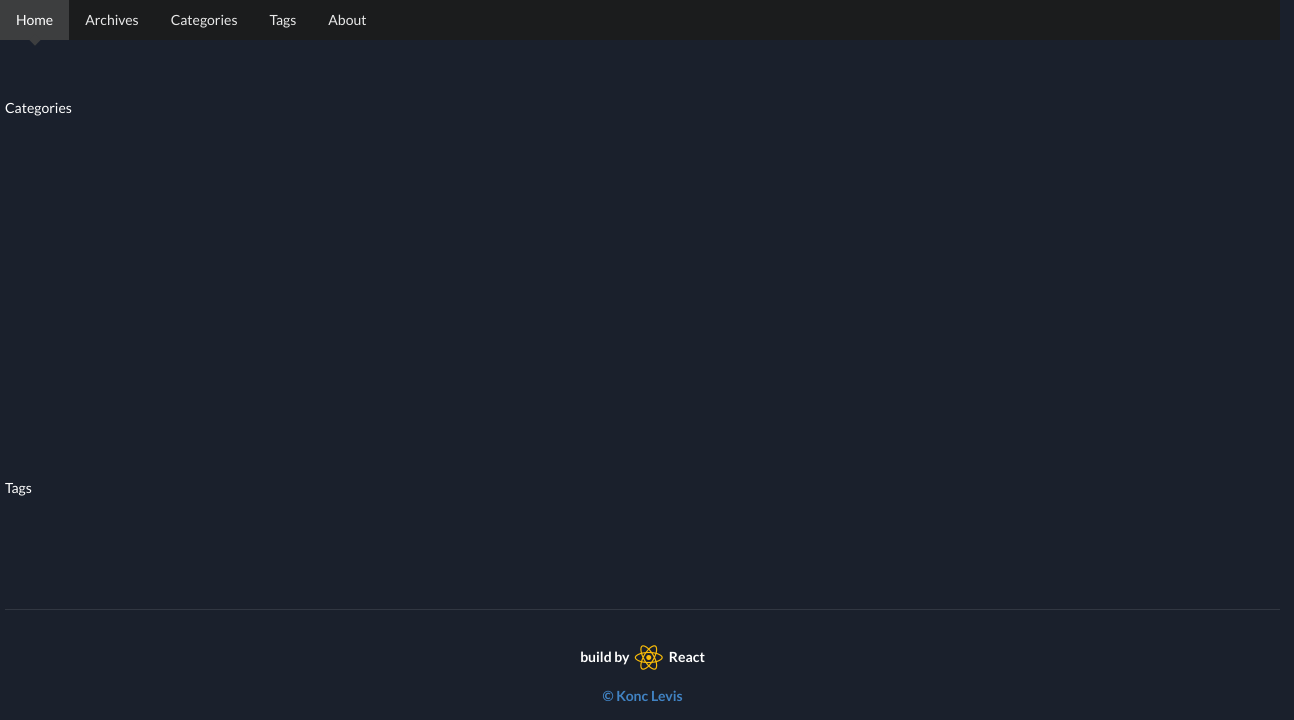
Repository: chu4j/my-spring-cloud-blog-frontend
Page: /
An editor plug-in stored every save of this project. The page is shown before and after the next save, followed by the edit.
The browser window is 1280 px wide. The page is 1294 px wide, so the pictures cover 1294 px, including what lies to the right of the window. The pictures show the whole page.
The page's requests for data from a server got no answer. The project was rebuilt for these pictures with package versions that can differ from the ones it lists, and the page was loaded fresh each time. No one was signed in, and anything a server would have sent is missing. Also part of the build but not shown: src/components/Categories.jsx, src/components/FocusContent.jsx, src/css/App.css, src/components/owner/LoginForm.jsx, src/components/Tags.jsx, src/components/Timeline.jsx, src/components/TimelineHome.jsx.

Above is the page before, as saved 2021-02-24 13:29:05.

After the next save:
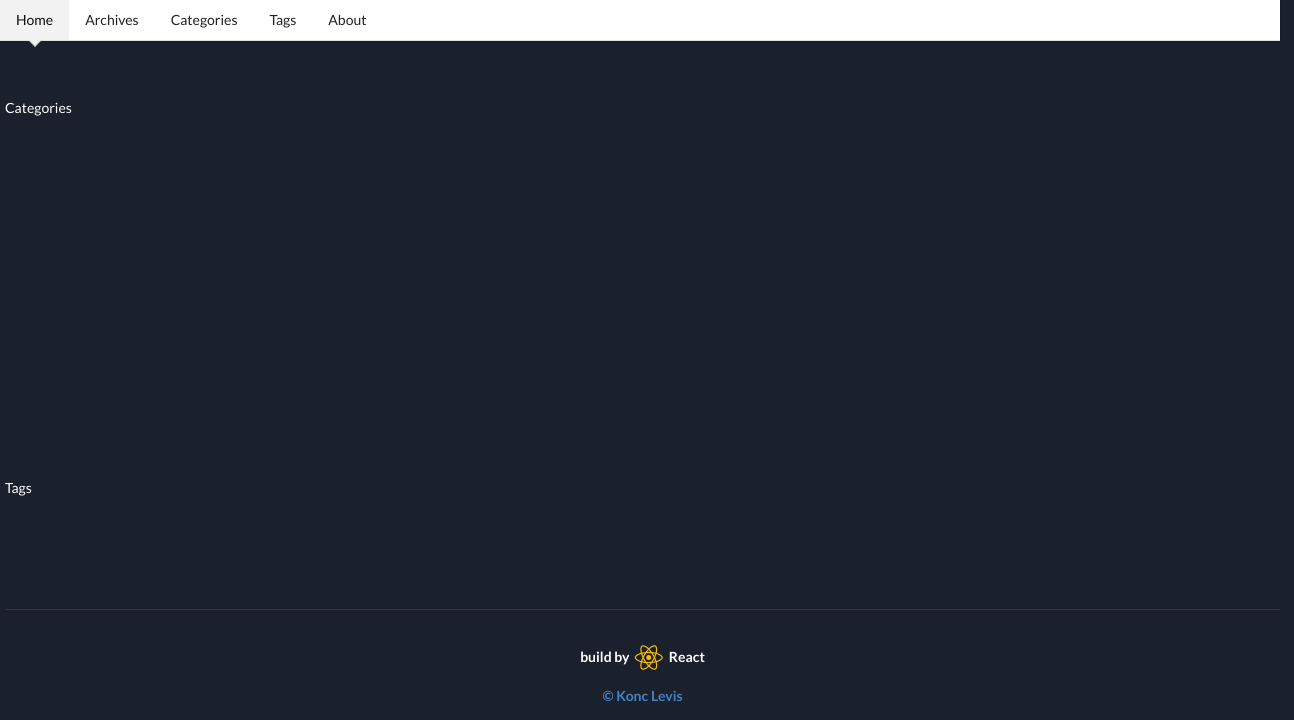
Saved 24 s later.
--- a/src/components/BlogHeader.jsx
+++ b/src/components/BlogHeader.jsx
@@ -19,7 +19,7 @@ class BlogHeader extends Component {
     const { activeItem } = this.state;
     return (
       <Container fluid className="menu-container">
-        <Menu fixed="top" pointing  borderless inverted>
+        <Menu fixed="top" pointing  borderless >
           <Menu.Item
             as="a"
             name="home"
